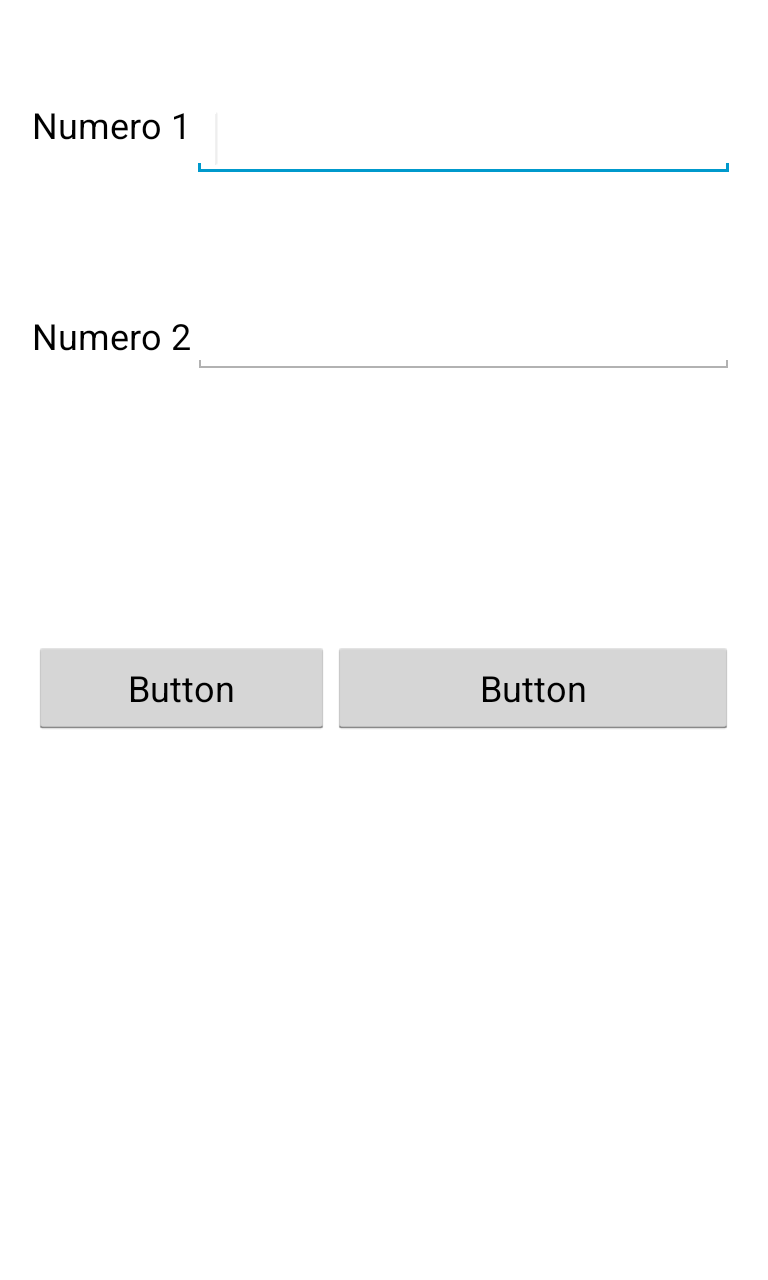
Repository: evervasquez/CursoAndroid
Layout: Precalculadora/res/layout/fragment_main.xml
An editor plug-in stored every save of this project. The layout is shown before and after the next save, followed by the edit.
It is drawn on a 768 x 1280 px phone screen (xhdpi) without system bars, with theme AppTheme; the app's code is not run.

Above is the layout before, as saved 2014-04-29 03:35:15.

### Precalculadora/res/layout/fragment_main.xml
<LinearLayout xmlns:android="http://schemas.android.com/apk/res/android"
    xmlns:tools="http://schemas.android.com/tools"
    android:layout_width="match_parent"
    android:layout_height="match_parent"
    android:paddingBottom="@dimen/activity_vertical_margin"
    android:paddingLeft="@dimen/activity_horizontal_margin"
    android:paddingRight="@dimen/activity_horizontal_margin"
    android:paddingTop="@dimen/activity_vertical_margin"
    android:orientation="vertical"
    tools:context="com.android.precalculadora.MainActivity$PlaceholderFragment" >

    <RelativeLayout
        android:id="@+id/liner1"
        android:layout_width="fill_parent"
        android:layout_height="0dp"
        android:layout_weight="1"
        android:orientation="horizontal" >

        <EditText
            android:id="@+id/editText1"
            android:layout_width="wrap_content"
            android:layout_height="wrap_content"
            android:layout_alignParentRight="true"
            android:layout_alignTop="@+id/textView1"
            android:layout_toRightOf="@+id/textView1"
            android:ems="10"
            android:inputType="numberDecimal" >

            <requestFocus />
        </EditText>

        <TextView
            android:id="@+id/textView1"
            android:layout_width="wrap_content"
            android:layout_height="wrap_content"
            android:layout_alignParentLeft="true"
            android:layout_alignParentTop="true"
            android:layout_marginTop="34dp"
            android:text="@string/txt_num1"
            android:textAppearance="?android:attr/textAppearanceMedium" />

        <TextView
            android:id="@+id/textView2"
            android:layout_width="wrap_content"
            android:layout_height="wrap_content"
            android:layout_alignParentLeft="true"
            android:layout_centerVertical="true"
            android:text="@string/txt_num2"
            android:textAppearance="?android:attr/textAppearanceMedium" />

        <EditText
            android:id="@+id/editText2"
            android:layout_width="wrap_content"
            android:layout_height="wrap_content"
            android:layout_alignBaseline="@+id/textView2"
            android:layout_alignBottom="@+id/textView2"
            android:layout_alignLeft="@+id/editText1"
            android:layout_alignParentRight="true"
            android:ems="10"
            android:inputType="numberDecimal" />

    </RelativeLayout>

	<LinearLayout
	    android:id="@+id/liner2"
	    android:layout_width="fill_parent"
	    android:layout_height="0dp"
	    android:layout_weight="1"
	    android:orientation="horizontal" >

		<LinearLayout
		    android:layout_width="match_parent"
		    android:layout_height="wrap_content" >

		    <Button
		        android:id="@+id/button1"
		        android:layout_width="wrap_content"
		        android:layout_height="wrap_content"
		        android:layout_weight="0.45"
		        android:text="Button" />

		    <Button
		        android:id="@+id/button2"
		        android:layout_width="wrap_content"
		        android:layout_height="wrap_content"
		        android:layout_weight="0.78"
		        android:text="Button" />
		</LinearLayout>

	</LinearLayout>

</LinearLayout>

### Precalculadora/res/values/strings.xml
<?xml version="1.0" encoding="utf-8"?>
<resources>

    <string name="app_name">Precalculadora</string>
    <string name="hello_world">Hello world!</string>
    <string name="action_settings">Settings</string>
    <string name="txt_num1">Numero 1</string>
    <string name="txt_num2">Numero 2</string>

</resources>

Loaded but not shown: Precalculadora/res/values/styles.xml (common file); Precalculadora/res/values-v11/styles.xml (common file); Precalculadora/res/values-v14/styles.xml (common file); Precalculadora/res/values/dimens.xml (common file); Precalculadora/res/values-w820dp/dimens.xml (common file)

After the next save:
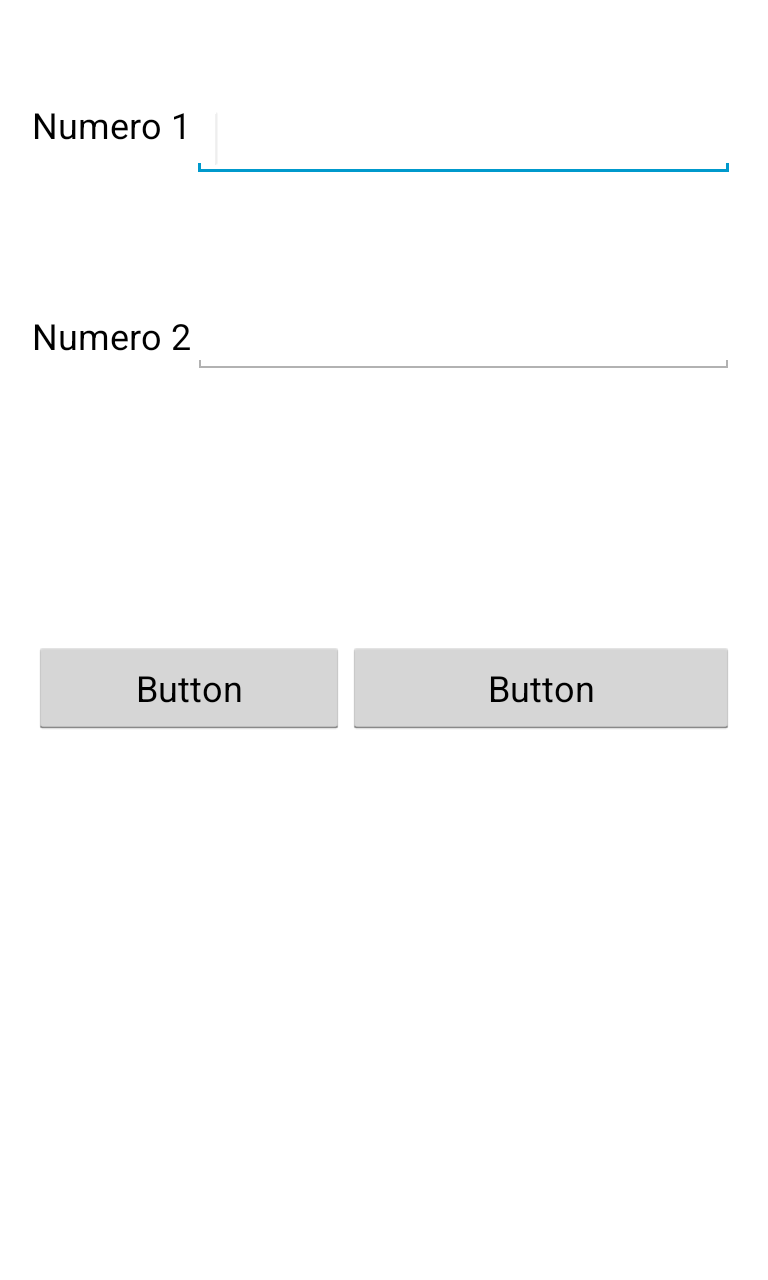
Saved 35 s later.
--- a/Precalculadora/res/layout/fragment_main.xml
+++ b/Precalculadora/res/layout/fragment_main.xml
@@ -76,7 +76,7 @@
 		        android:id="@+id/button1"
 		        android:layout_width="wrap_content"
 		        android:layout_height="wrap_content"
-		        android:layout_weight="0.45"
+		        android:layout_weight="0.53"
 		        android:text="Button" />
 
 		    <Button
